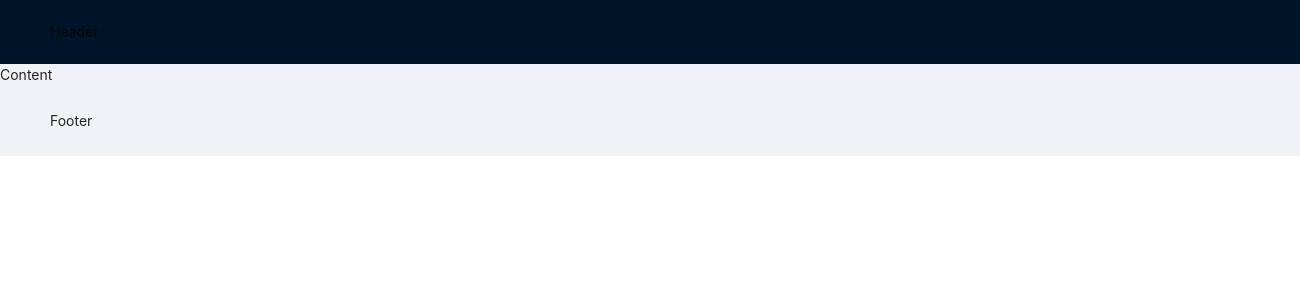
Repository: ohayo-aidi/news-site
Page: /
An editor plug-in stored every save of this project. The page is shown before and after a run of saves, followed by the edit.
The browser window is 1280 px wide. The page is 1300 px wide, so the pictures cover 1300 px, including what lies to the right of the window. The pictures show the whole page.
The project was rebuilt for these pictures with package versions that can differ from the ones it lists, and the page was loaded fresh each time.

Above is the page before, as saved 2022-10-15 10:40:53.

### src/index.js
import React from 'react';
import ReactDOM from 'react-dom/client';
import App from './App';
import reportWebVitals from './reportWebVitals';
import "antd/dist/antd.css";

const root = ReactDOM.createRoot(document.getElementById('root'));
root.render(
  <React.StrictMode>
    <App />
  </React.StrictMode>
);

// If you want to start measuring performance in your app, pass a function
// to log results (for example: reportWebVitals(console.log))
// or send to an analytics endpoint. Learn more: https://bit.ly/CRA-vitals
reportWebVitals();

### src/App.js
import { Layout } from "antd";
import ''
const { Header, Footer, Content } = Layout;
function App() {
  return (
    <div>
      <Layout style={{ minWidth: 1300 }}>
        <Header className="header">Header</Header>
        <Content className="content">Content</Content>
        <Footer className="footer">Footer</Footer>
      </Layout>
    </div>
  );
}

export default App;

### src/style.css
.header {
    background: #fff;
    border-bottom: 1px solid #999;
}

.content {
    min-height: 600px;
}

.footer {
    text-align: center;
    border-top: 1px solid #999;
}

Loaded but not shown: public/index.html (common file); src/reportWebVitals.js (common file)

After the next 4 saves:
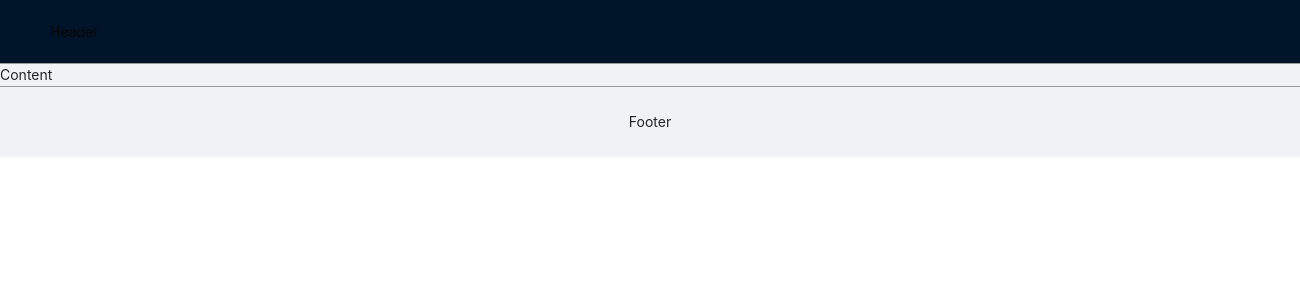
The 4 saves are shown as one change because they came seconds apart.
The last was saved 11 s later.
--- a/src/App.js
+++ b/src/App.js
@@ -1,5 +1,5 @@
 import { Layout } from "antd";
-import ''
+import './style.css'
 const { Header, Footer, Content } = Layout;
 function App() {
   return (
